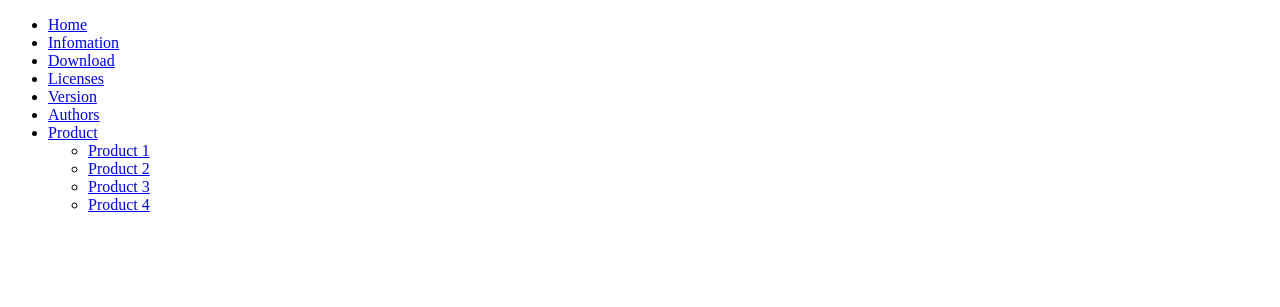
Repository: thanhp6868/ltWeb
Page: 1110/2/full.html
The author's editor kept a copy of each file at every save. The page is drawn from the files as they stood at one save, then again after the next save.
The browser window is 1280 px wide. The pictures show the whole page.

Above is the page before, as saved 2023-10-11 15:13:03.

After the next save:
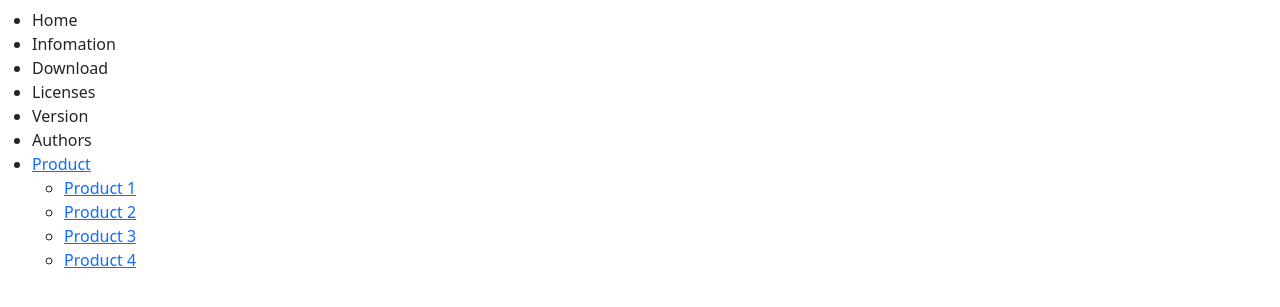
Saved 20 s later.
--- a/1110/2/full.html
+++ b/1110/2/full.html
@@ -2,6 +2,8 @@
 <html lang="en">
 <head>
     <meta charset="UTF-8">
+    <link href="https://cdn.jsdelivr.net/npm/bootstrap@5.2.3/dist/css/bootstrap.min.css" rel="stylesheet"
+    integrity="sha384-rbsA2VBKQhggwzxH7pPCaAqO46MgnOM80zW1RWuH61DGLwZJEdK2Kadq2F9CUG65" crossorigin="anonymous">
     <meta name="viewport" content="width=device-width, initial-scale=1.0">
     <title>5 bai</title>
 </head>
